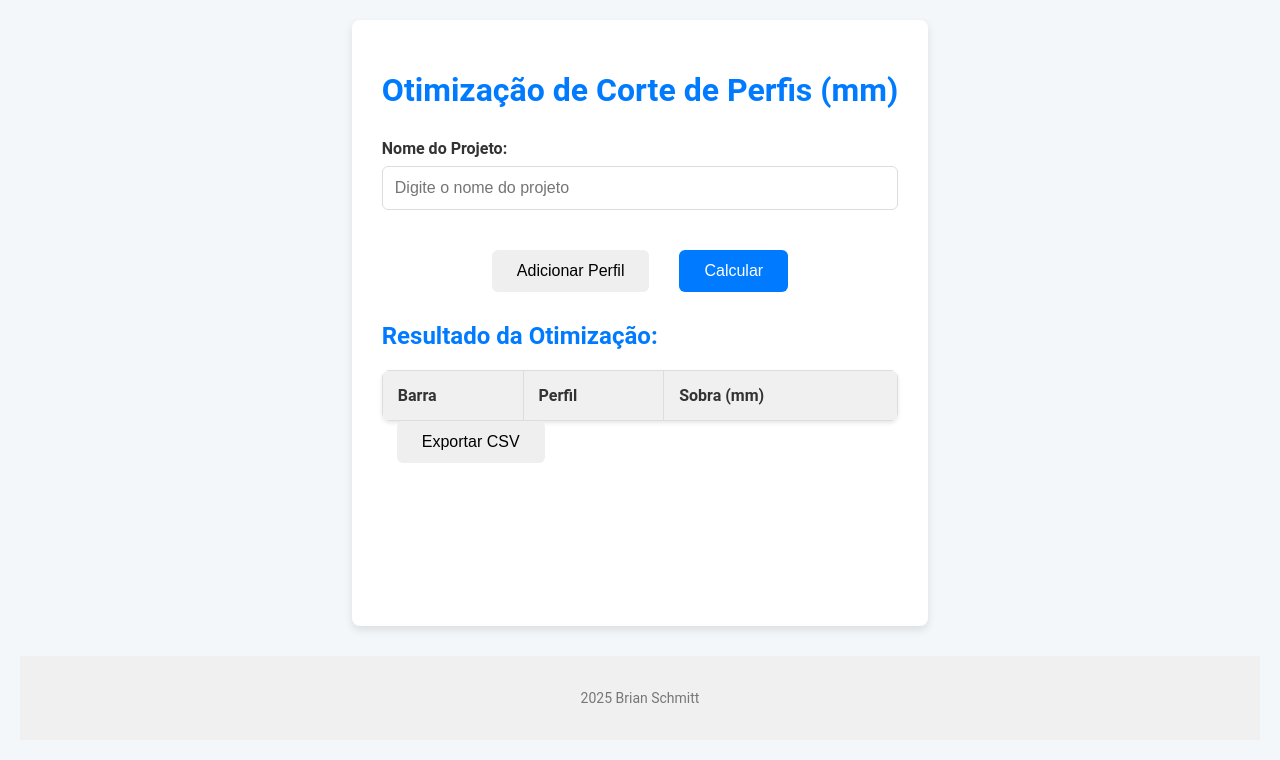
Repository: brianbebop/aqui
Page: index.html
The author's editor kept a copy of each file at every save. The page is drawn from the files as they stood at one save, then again after the next save.
The browser window is 1280 px wide. The pictures show the whole page.

Above is the page before, as saved 2025-03-23 16:45:17.

### index.html
<!DOCTYPE html>
<html lang="pt-br">
<head>
    <title>Otimização de Corte de Perfis (mm)</title>
    <meta charset="UTF-8">
    <meta name="viewport" content="width=device-width, initial-scale=1.0">
    <link rel="stylesheet" href="style.css">
</head>
<body>
    <div class="container">
        <h1 class="page-title">Otimização de Corte de Perfis (mm)</h1>
        <div class="project-info">
            <label for="nomeProjeto" class="form-label">Nome do Projeto:</label>
            <input type="text" id="nomeProjeto" class="form-input" placeholder="Digite o nome do projeto">
        </div>
        <div id="perfis" class="perfis-container">
            </div>
        <div class="button-container">
            <button id="adicionarPerfil" class="btn btn-add-perfil">Adicionar Perfil</button>
            <button id="calcular" class="btn btn-calculate">Calcular</button>
        </div>
        <div id="resultado" class="result-container">
            <h2 class="result-title">Resultado da Otimização:</h2>
            <table id="resumoBarras" class="result-table">
                <thead>
                    <tr>
                        <th class="table-header">Barra</th>
                        <th class="table-header">Perfil</th>
                        <th class="table-header">Sobra (mm)</th>
                    </tr>
                </thead>
                <tbody>
                    </tbody>
            </table>
            <button id="exportarCSV" class="btn btn-export">Exportar CSV</button>
        </div>
    </div>

    <footer class="footer">
        <p> 2025 Brian Schmitt</p>
    </footer>

    <script src="script.js"></script>
</body>
</html>

### style.css
:root {
    --primary-color: #007bff;
    --background-color: #f4f4f4;
    --text-color: #333;
    --border-color: #ddd;
}
/* Estilos gerais */
body {
    font-family: 'Roboto', sans-serif;
    margin: 0;
    padding: 20px;
    background-color: #f4f7f9;
    color: #333;
    display: flex;
    flex-direction: column;
    min-height: 100vh;
    margin: 0;
}

.container {
    max-width: 800px;
    margin: 0 auto;
    background-color: white;
    padding: 30px;
    border-radius: 8px;
    box-shadow: 0 4px 8px rgba(0, 0, 0, 0.1);
    flex-grow: 1;
}

.page-title {
    text-align: center;
    color: #007bff;
    margin-bottom: 30px;
}

.project-info {
    margin-bottom: 25px;
}

.form-label {
    display: block;
    margin-bottom: 8px;
    font-weight: 600;
}

.form-input {
    width: 100%;
    padding: 12px;
    border: 1px solid #ddd;
    border-radius: 6px;
    margin-bottom: 15px;
    box-sizing: border-box;
    font-size: 16px;
}

.perfis-container {
    margin-bottom: 25px;
}

.perfil {
    margin-bottom: 15px;
    display: flex;
    align-items: center;
    background-color: #f9f9f9;
    padding: 15px;
    border-radius: 6px;
}

.perfil label {
    margin-right: 15px;
    font-weight: 600;
}

.perfil input {
    flex-grow: 1;
    padding: 12px;
    border: 1px solid #ddd;
    border-radius: 6px;
    font-size: 16px;
}

.button-container {
    display: flex;
    justify-content: center;
    margin-bottom: 30px;
}

.btn {
    padding: 12px 25px;
    border: none;
    border-radius: 6px;
    cursor: pointer;
    margin: 0 15px;
    font-size: 16px;
    transition: background-color 0.3s ease;
}

.btn-calculate {
    background-color: #007bff;
    color: white;
}

.btn-calculate:hover {
    background-color: #0056b3;
}

.result-container {
    margin-top: 30px;
}

.result-title {
    font-size: 24px;
    margin-bottom: 20px;
    color: #007bff;
}

.result-table {
    width: 100%;
    border-collapse: collapse;
    border-radius: 8px;
    overflow: hidden;
    box-shadow: 0 2px 4px rgba(0, 0, 0, 0.1);
}

.table-header,
.result-table td {
    border: 1px solid #ddd;
    padding: 15px;
    text-align: left;
}

.table-header {
    background-color: #f0f0f0;
    font-weight: 600;
}

/* Estilos responsivos */
@media (max-width: 600px) {
    .perfil {
        flex-direction: column;
        align-items: stretch;
    }

    .perfil label {
        margin-right: 0;
        margin-bottom: 8px;
    }

    .button-container {
        flex-direction: column;
        align-items: center;
    }

    .btn {
        margin: 8px 0;
        width: 100%;
    }

    .table-header,
    .result-table td {
        font-size: 14px;
    }
}

.remover-perfil {
    background-color: #e91e63; /* Cor de fundo semelhante ao botão "Calcular" */
    color: white;
    border: none;
    padding: 8px 16px;
    border-radius: 4px;
    cursor: pointer;
    font-size: 14px;
    transition: background-color 0.3s ease;
}

.remover-perfil:hover {
    background-color: #c2185b; /* Cor de fundo mais escura no hover */
}
.footer {
    text-align: center;
    padding: 20px;
    background-color: #f0f0f0;
    margin-top: 30px;
    font-size: 14px;
    color: #777;

}
div:empty,
p:empty {
    display: none;
}

@media (max-width: 1024px) {
    .container {
        max-width: 90%;
        padding: 20px;
    }

    .button-container {
        flex-direction: column;
        align-items: stretch;
    }

    .btn {
        width: 100%;
        margin: 8px 0;
    }
}

### script.js
const perfisDiv = document.getElementById('perfis');
const adicionarPerfilButton = document.getElementById('adicionarPerfil');
const calcularButton = document.getElementById('calcular');
const resultadoDiv = document.getElementById('resultado');
const resumoBarrasTabela = document.getElementById('resumoBarras').getElementsByTagName('tbody')[0];
const nomeProjetoInput = document.getElementById('nomeProjeto');
const exportarCSVButton = document.getElementById('exportarCSV');

let perfis = [];
let contadorPerfil = 0;

const tamanhoBarra = 6000;

function calcularOtimizacao() {
    const perfisComTamanho = perfis
        .filter(perfil => perfil.input.value !== '')
        .map(perfil => ({
            id: perfil.id,
            tamanho: parseInt(perfil.input.value)
        }));

    // Separar perfis menores e maiores que 6000mm
    let perfisGrandes = perfisComTamanho.filter(p => p.tamanho > tamanhoBarra);
    let perfisPequenos = perfisComTamanho.filter(p => p.tamanho <= tamanhoBarra);

    let barras = [];

    // Primeiro, processar perfis grandes (acima de 6000mm)
    for (let perfil of perfisGrandes) {
        let tamanhoRestante = perfil.tamanho;
        while (tamanhoRestante > 0) {
            const tamanhoBarraAtual = Math.min(tamanhoBarra, tamanhoRestante);
            barras.push({ perfis: [{ ...perfil, tamanho: tamanhoBarraAtual }], espacoLivre: tamanhoBarra - tamanhoBarraAtual });
            tamanhoRestante -= tamanhoBarraAtual;
        }
    }

    // Ordenar perfis menores de forma decrescente para otimização (FFD)
    perfisPequenos.sort((a, b) => b.tamanho - a.tamanho);

    // Alocar perfis menores usando First Fit Decreasing (FFD)
    for (let perfil of perfisPequenos) {
        let colocado = false;

        for (let barra of barras) {
            if (barra.espacoLivre >= perfil.tamanho) {
                barra.perfis.push(perfil);
                barra.espacoLivre -= perfil.tamanho;
                colocado = true;
                break;
            }
        }

        // Se não couber em nenhuma barra existente, criar uma nova
        if (!colocado) {
            barras.push({ perfis: [perfil], espacoLivre: tamanhoBarra - perfil.tamanho });
        }
    }

    // Exibir o resultado na tabela
    resumoBarrasTabela.innerHTML = '';
    barras.forEach((barra, index) => {
        const novaLinha = resumoBarrasTabela.insertRow();
        const colunaBarra = novaLinha.insertCell(0);
        const colunaPerfis = novaLinha.insertCell(1);
        const colunaSobra = novaLinha.insertCell(2);

        colunaBarra.textContent = `Barra ${index + 1}`;
        colunaPerfis.textContent = barra.perfis.map(perfil => `${perfil.id} (${perfil.tamanho}mm)`).join(', ');
        colunaSobra.textContent = `${barra.espacoLivre} mm`;
    });
}

adicionarPerfilButton.addEventListener('click', () => {
    const perfilId = String.fromCharCode(65 + contadorPerfil);
    const perfilDiv = document.createElement('div');
    perfilDiv.classList.add('perfil');
    perfilDiv.innerHTML = `
        <label for="perfil-${perfilId}">Perfil ${perfilId} (mm):</label>
        <input type="number" id="perfil-${perfilId}" placeholder="Tamanho (mm)">
        <button class="remover-perfil">Remover</button>
    `;
    perfisDiv.appendChild(perfilDiv);
    perfis.push({ id: perfilId, input: perfilDiv.querySelector('input') });
    contadorPerfil++;

    // Adiciona o evento de clique para o botão "Remover"
    const removerButton = perfilDiv.querySelector('.remover-perfil');
    removerButton.addEventListener('click', () => {
        perfis = perfis.filter(perfil => perfil.id !== perfilId);
        perfilDiv.remove();
        calcularOtimizacao(); // Recalcula automaticamente após remover o perfil
    });
});

calcularButton.addEventListener('click', () => {
    calcularOtimizacao();
});



exportarCSVButton.addEventListener('click', () => {
    const nomeProjeto = nomeProjetoInput.value || 'Otimizacao_Corte_Perfis';
    const nomeArquivo = `${nomeProjeto}.csv`;

    let csvContent = 'Barra,Perfis,Sobra (mm)\r\n'; // Cabeçalho CSV
    const linhasTabela = resumoBarrasTabela.rows;
    for (let i = 0; i < linhasTabela.length; i++) {
        const linha = linhasTabela[i];
        const colunas = linha.cells;
        const linhaCSV = `${colunas[0].textContent},"${colunas[1].textContent}",${colunas[2].textContent}\r\n`;
        csvContent += linhaCSV;
    }

    const blob = new Blob([csvContent], { type: 'text/csv;charset=utf-8;' });
    const link = document.createElement('a');
    if (navigator.msSaveBlob) { // IE 10+
        navigator.msSaveBlob(blob, nomeArquivo);
    } else {
        const url = URL.createObjectURL(blob);
        link.href = url;
        link.setAttribute('download', nomeArquivo);
        link.style.visibility = 'hidden';
        document.body.appendChild(link);
        link.click();
        document.body.removeChild(link);
    }
});

After the next save:
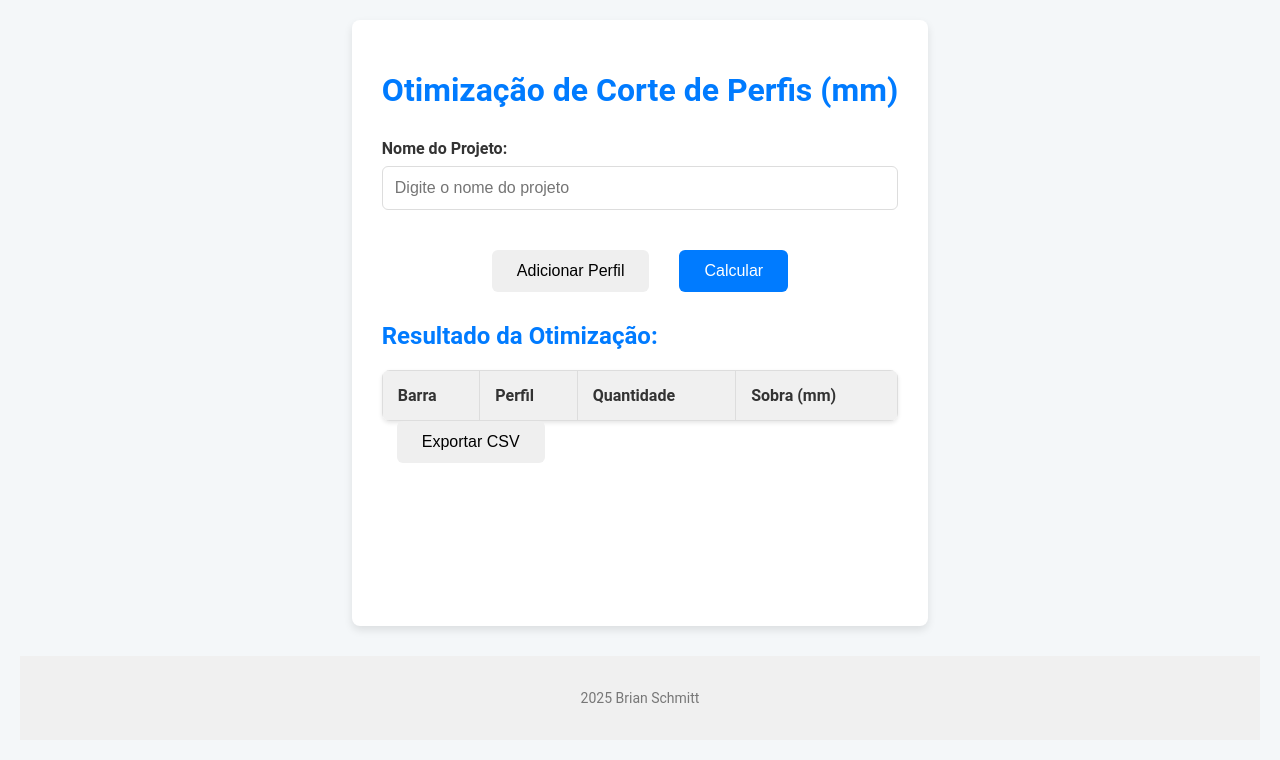
Saved 3 min 8 s later.
--- a/index.html
+++ b/index.html
@@ -14,7 +14,8 @@
             <input type="text" id="nomeProjeto" class="form-input" placeholder="Digite o nome do projeto">
         </div>
         <div id="perfis" class="perfis-container">
-            </div>
+            <!-- Perfis serão adicionados dinamicamente aqui -->
+        </div>
         <div class="button-container">
             <button id="adicionarPerfil" class="btn btn-add-perfil">Adicionar Perfil</button>
             <button id="calcular" class="btn btn-calculate">Calcular</button>
@@ -26,18 +27,20 @@
                     <tr>
                         <th class="table-header">Barra</th>
                         <th class="table-header">Perfil</th>
+                        <th class="table-header">Quantidade</th>
                         <th class="table-header">Sobra (mm)</th>
                     </tr>
                 </thead>
                 <tbody>
-                    </tbody>
+                    <!-- Resultados serão inseridos aqui dinamicamente -->
+                </tbody>
             </table>
             <button id="exportarCSV" class="btn btn-export">Exportar CSV</button>
         </div>
     </div>
 
     <footer class="footer">
-        <p> 2025 Brian Schmitt</p>
+        <p>2025 Brian Schmitt</p>
     </footer>
 
     <script src="script.js"></script>
